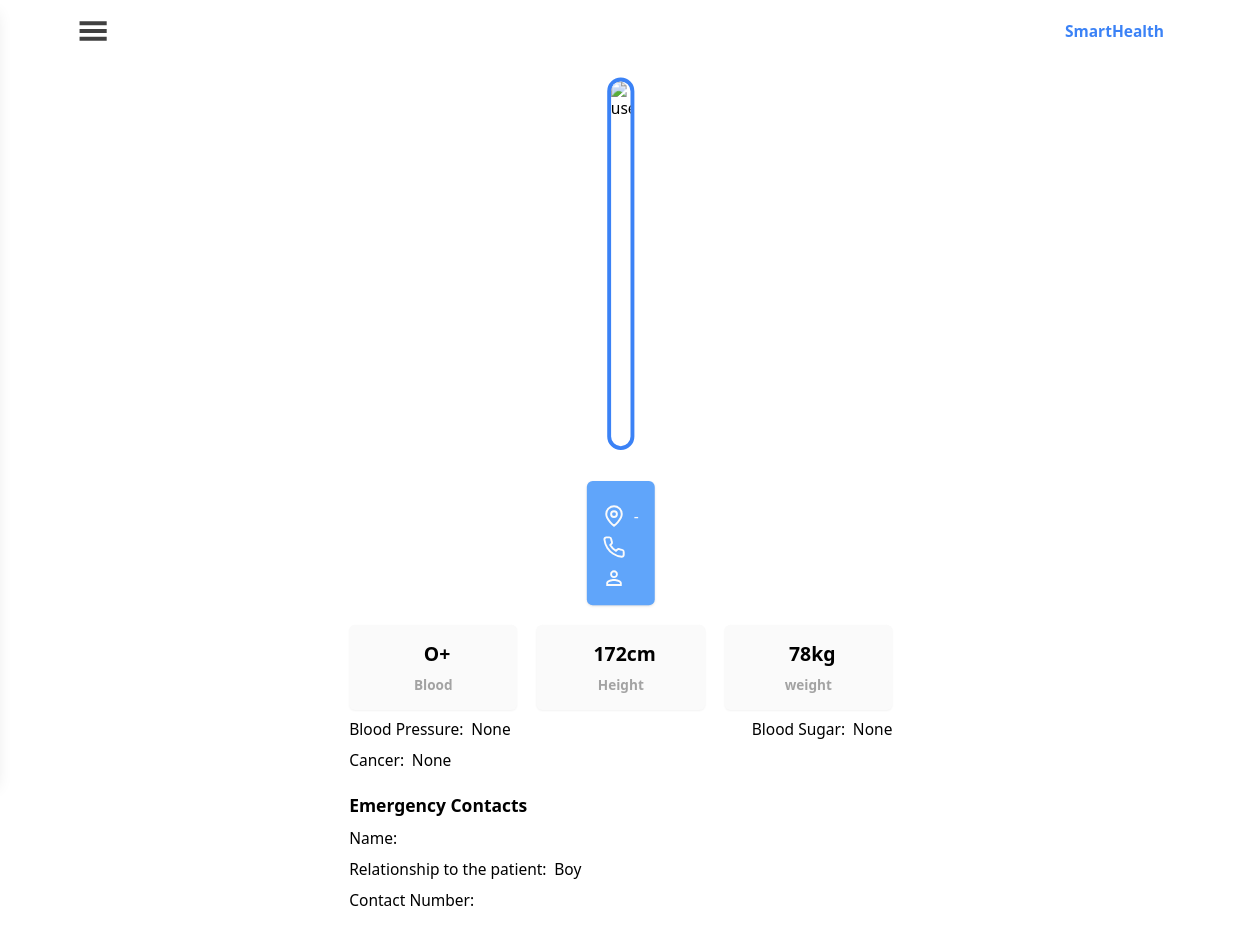
Repository: Sanaa00/HI-user
Page: /home
These files come from the project's save history. The page is drawn as it stood at one moment and after the next save; the edit follows.
The browser window is 1280 px wide. The pictures show the whole page, at 97% of full size.
The page's requests for data from a server got no answer. The project was rebuilt for these pictures with package versions that can differ from the ones it lists, and the page was loaded fresh each time. No one was signed in, and anything a server would have sent is missing. Also part of the build but not shown: vite.config.js, src/App.css, src/Components/Pagination.jsx, src/Pages/Prescription.jsx, src/Components/modalComponent.jsx, src/Pages/Laboratory.jsx, src/Pages/Radiographic.jsx, src/Components/InputField.jsx and 2 more.

Above is the page before, as saved 2024-01-12 21:16:16.

After the next save:
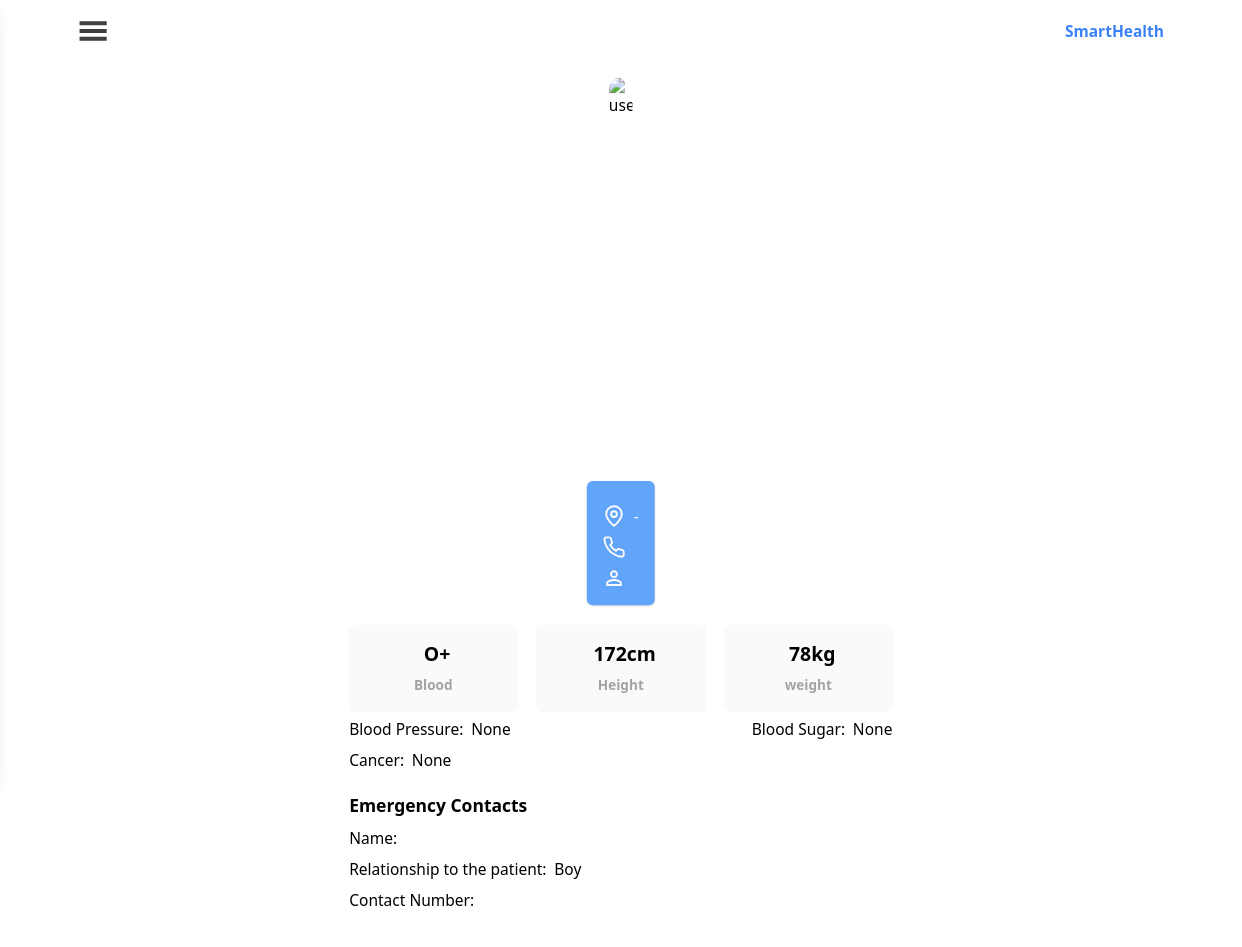
Saved 74 s later.
--- a/src/Pages/Home.jsx
+++ b/src/Pages/Home.jsx
@@ -27,7 +27,7 @@ function Home() {
       <div className="flex justify-center items-center">
         {console.log(data)}{' '}
         <img
-          className="object-cover rounded-full w-72 border-4 border-blue-500 h-72 lg:w-1/2 lg:h-96 "
+          className="object-cover rounded-full w-72  h-72 lg:w-1/2 lg:h-96 "
           src={data.userImage}
           alt="user"
         />
